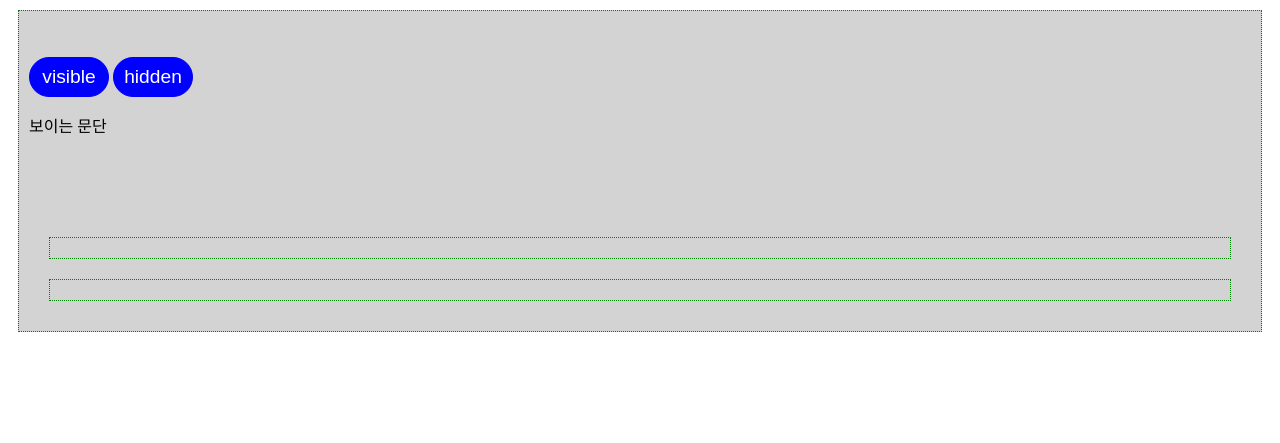
Repository: JJaeHwan/HTML
Page: jquerypro/WebContent/0112/Visibility필터.html
The author's editor kept a copy of each file at every save. The page is drawn from the files as they stood at one save, then again after the next save.
The browser window is 1280 px wide. The pictures show the whole page.
After loading, the first visible `#btn1` was clicked once.

Above is the page before, as saved 2023-01-12 05:40:47.

### jquerypro/WebContent/0112/Visibility필터.html
<!DOCTYPE html>
<html>
<head>
<meta charset="UTF-8">
<title>Insert title here</title>
<link rel="stylesheet" href="../css/public.css">
<script src="../js/jquery-3.6.3.min.js" type="text/javascript"></script>

<script type="text/javascript">

$(function() {
	$('#btn1').on('click', function() {
		str="";
		$('p:visible').each(function() {
			str += $(this).text() + "<br>";
		})

		// 출력

	})
})


</script>

</head>
<body>


<div class="box">
	<br><br>
	<input type="button" value="visible" id="btn1">
	<input type="button" value="hidden" id="btn2">
	<br>

		<p> 보이는 문단</p>
	  	<p style="visibility:hidden;">숨겨진 문단</p>
	  	<p style="display:none;"> 자리를 차지 하지 못한 문단 </p>
	  	<p style="opacity:0;"> 투명한 문단</p>


	<div id="visible"></div>
	<div id="hidden"></div>
</div>
</body>
</html>

### jquerypro/WebContent/css/public.css
@charset "UTF-8";

pre{

	font-size: 1.5em;
	border: 5px double blue;
	border-left : none;
	border-right: none;
	padding: 10px;
	background-color: skyblue;

}

  .box{
  	margin: 10px;
  	padding: 10px;
  	border: 1px dotted green;
  	background-color: lightgray;

  }
  .box div{
  	/* height: 100px; */
  	padding: 10px;
  	margin: 20px;
  	border: 1px dotted green;
  }
  input[type=button]{
  	width: 80px;
  	height: 40px;
  	background: blue;
  	color: white;
  	font-size: 1.2em;
  	border-radius: 20px;
  	border : 1px solid blue;
  }

Loaded but not shown: jquerypro/WebContent/js/jquery-3.6.3.min.js (library)

After the next save:
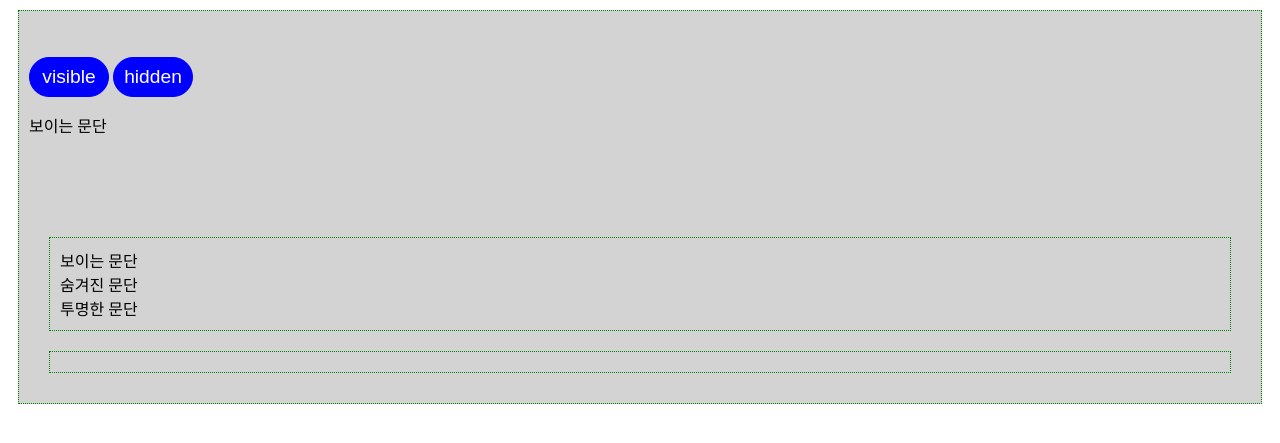
Saved 12 min 36 s later.
--- a/jquerypro/WebContent/0112/Visibility필터.html
+++ b/jquerypro/WebContent/0112/Visibility필터.html
@@ -16,7 +16,7 @@ $(function() {
 		})
 
 		// 출력
-
+		$('#visible').html(str);
 	})
 })
 
